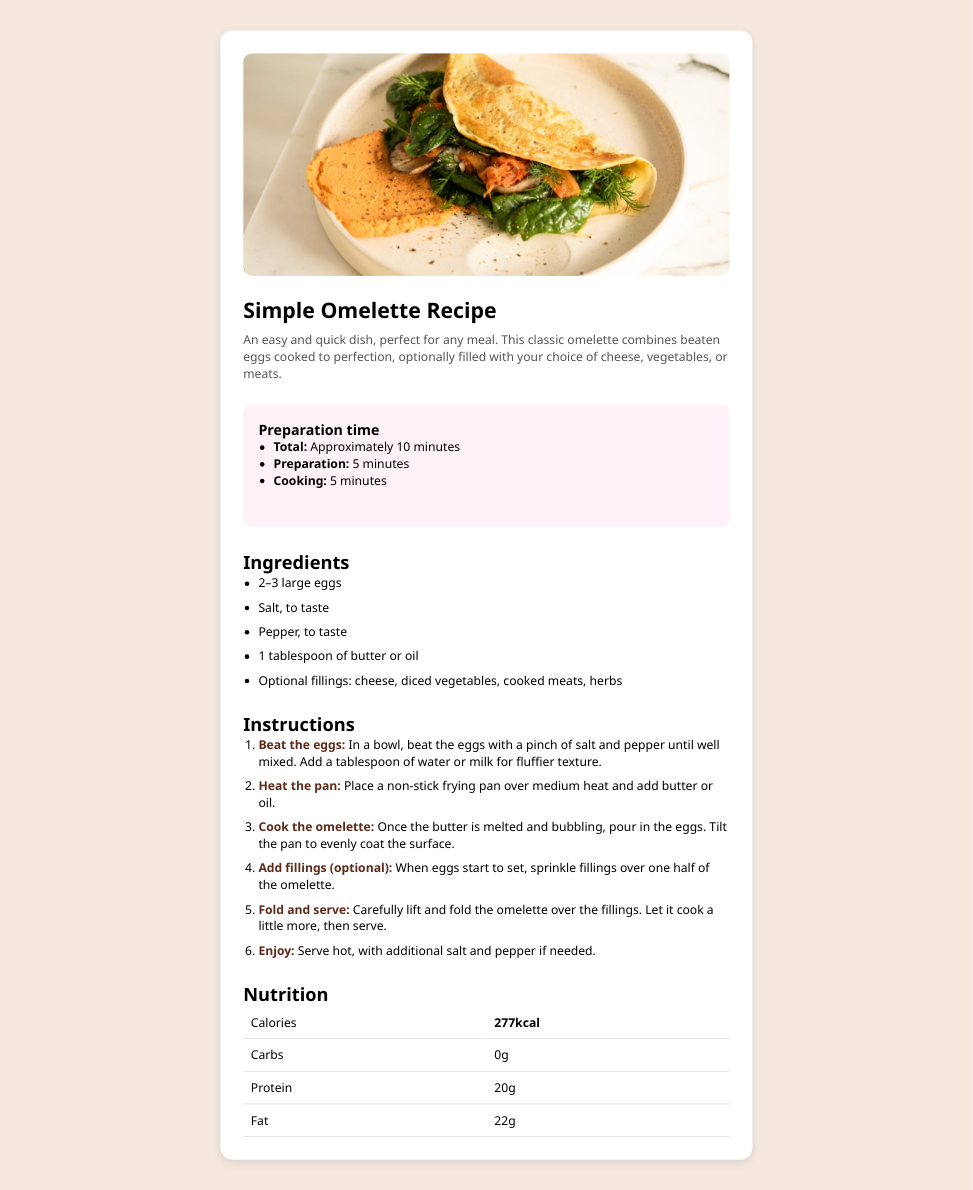
Repository: akbasliogulcan/omletterecipe
Page: index.html
These files come from the project's save history. The page is drawn as it stood at one moment and after the next save; the edit follows.
The browser window is 1280 px wide. The pictures show the whole page, at 76% of full size.

Above is the page before, as saved 2025-07-20 18:16:13.

After the next save:
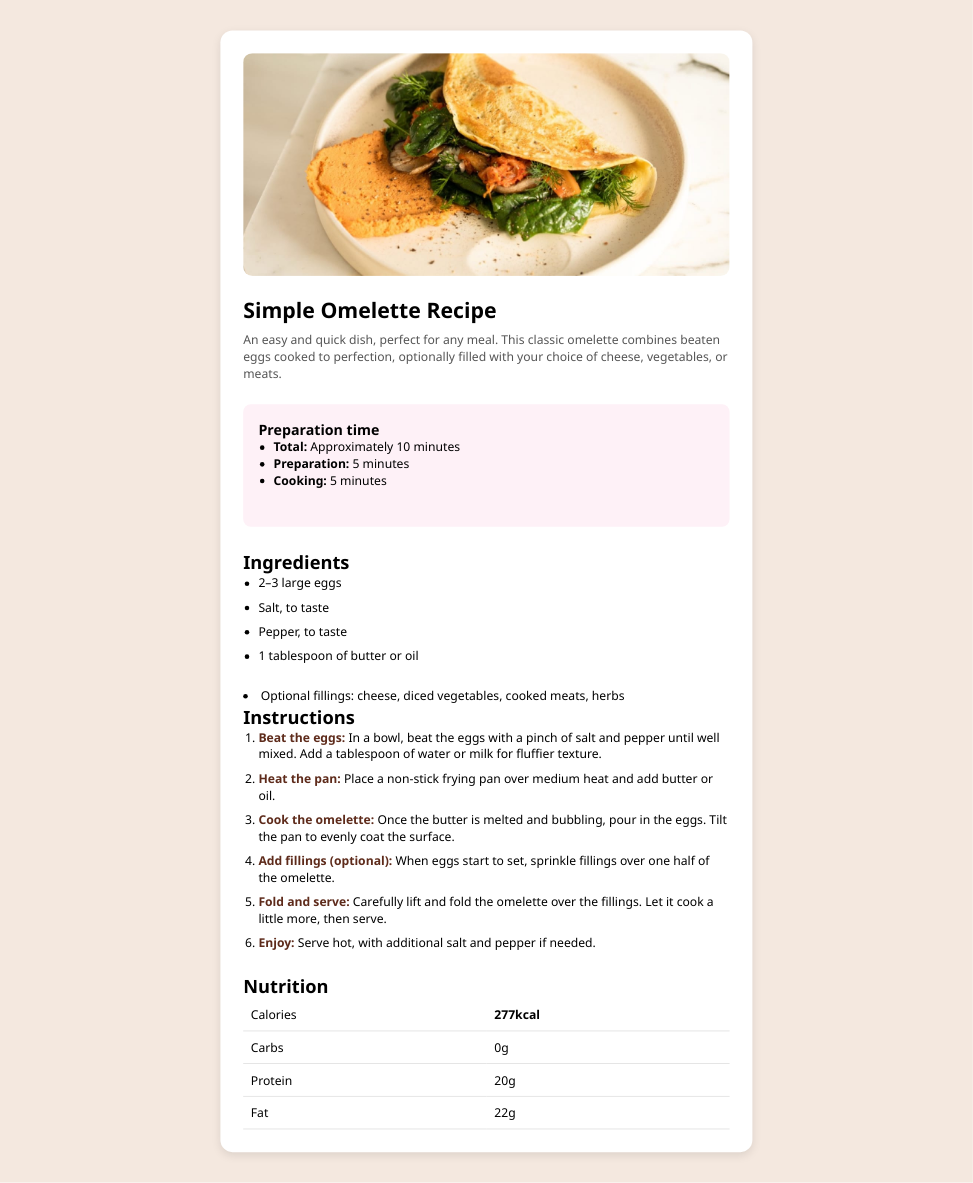
Saved 5 h 16 min later.
--- a/index.html
+++ b/index.html
@@ -28,12 +28,15 @@
     </div>
 
     <h2>Ingredients</h2>
-    <ul class="ingredients">
-      <li>2–3 large eggs</li>
-      <li>Salt, to taste</li>
-      <li>Pepper, to taste</li>
-      <li>1 tablespoon of butter or oil</li>
-      <li>Optional fillings: cheese, diced vegetables, cooked meats, herbs</li>
+    <div class="ingredients">
+      <ul>
+        <li>2–3 large eggs</li>
+        <li>Salt, to taste</li>
+        <li>Pepper, to taste</li>
+        <li>1 tablespoon of butter or oil</li>
+      </ul>
+    </div>
+    <li>Optional fillings: cheese, diced vegetables, cooked meats, herbs</li>
     </ul>
 
     <h2>Instructions</h2>

After the save that followed:
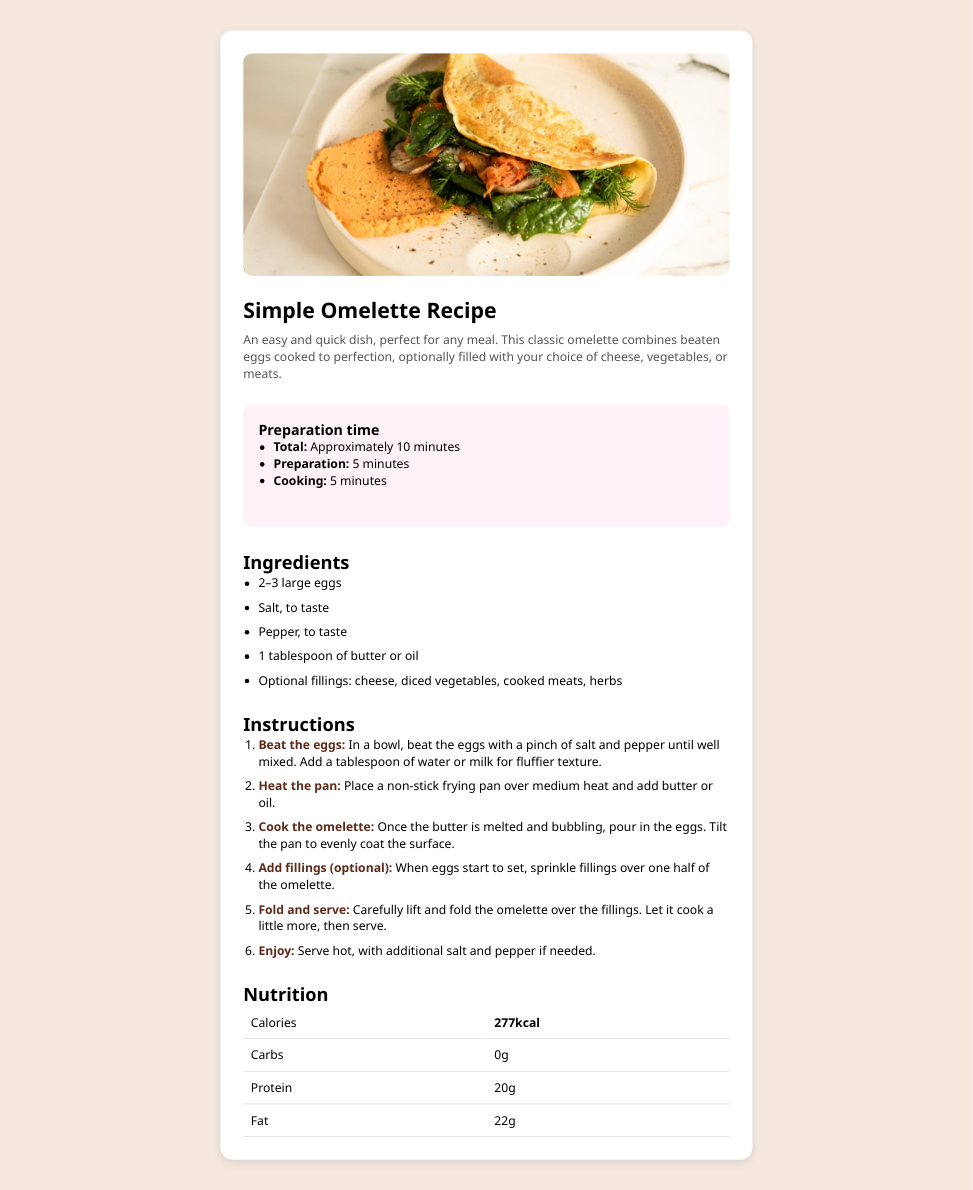
Saved 42 s later.
--- a/index.html
+++ b/index.html
@@ -28,15 +28,12 @@
     </div>
 
     <h2>Ingredients</h2>
-    <div class="ingredients">
-      <ul>
-        <li>2–3 large eggs</li>
-        <li>Salt, to taste</li>
-        <li>Pepper, to taste</li>
-        <li>1 tablespoon of butter or oil</li>
-      </ul>
-    </div>
-    <li>Optional fillings: cheese, diced vegetables, cooked meats, herbs</li>
+    <ul class="ingredients">
+      <li>2–3 large eggs</li>
+      <li>Salt, to taste</li>
+      <li>Pepper, to taste</li>
+      <li>1 tablespoon of butter or oil</li>
+      <li>Optional fillings: cheese, diced vegetables, cooked meats, herbs</li>
     </ul>
 
     <h2>Instructions</h2>
